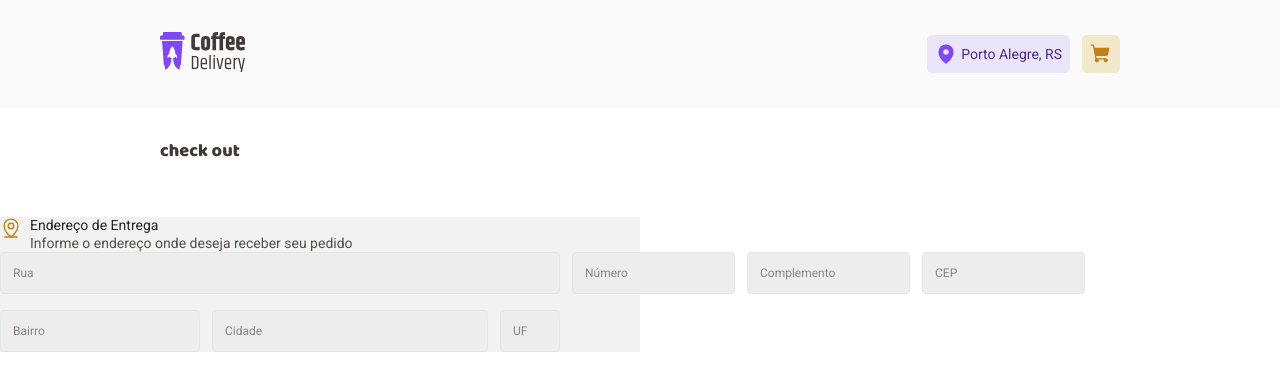
Repository: caueenrico/CoffeDelivery
Page: /checkout
The author's editor kept a copy of each file at every save. The page is drawn from the files as they stood at one save, then again after the next save.
The browser window is 1280 px wide. The pictures show the whole page.
The project was rebuilt for these pictures with package versions that can differ from the ones it lists, and the page was loaded fresh each time. Also part of the build but not shown: vite.config.ts, src/components/CoffesOptions/styled.ts, src/components/CoffeCards/styles.ts, src/components/IpuntNumber/styles.ts, src/components/IpuntNumber/index.tsx, src/components/CartOfCard/styles.ts, src/components/CartOfCard/index.tsx, src/utils/formatMoney.ts and 4 more.

Above is the page before, as saved 2022-09-22 15:15:40.

After the next save:
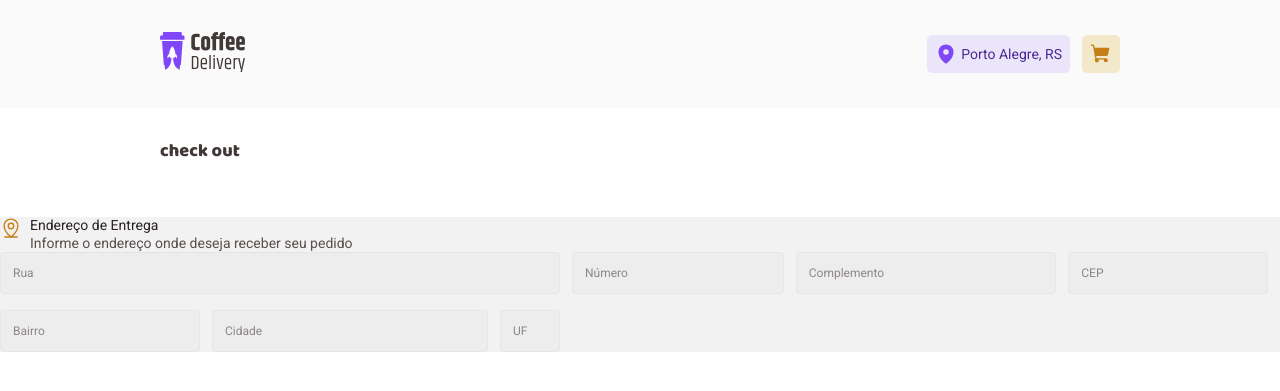
Saved 14 s later.
--- a/src/pages/CheckOut/styles.ts
+++ b/src/pages/CheckOut/styles.ts
@@ -4,7 +4,7 @@
 
   display: flex;
   flex-direction: column;
-  max-width: 40rem;
+
   background: ${props => props.theme.card};
 `
 

After the save that followed:
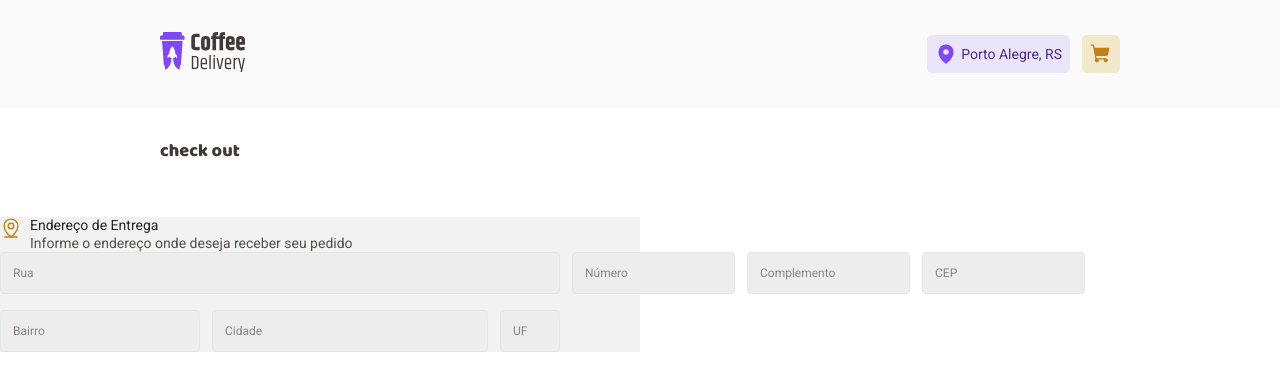
Saved 27 s later.
--- a/src/pages/CheckOut/styles.ts
+++ b/src/pages/CheckOut/styles.ts
@@ -4,7 +4,7 @@
 
   display: flex;
   flex-direction: column;
-
+  max-width: 40rem;
   background: ${props => props.theme.card};
 `
 
